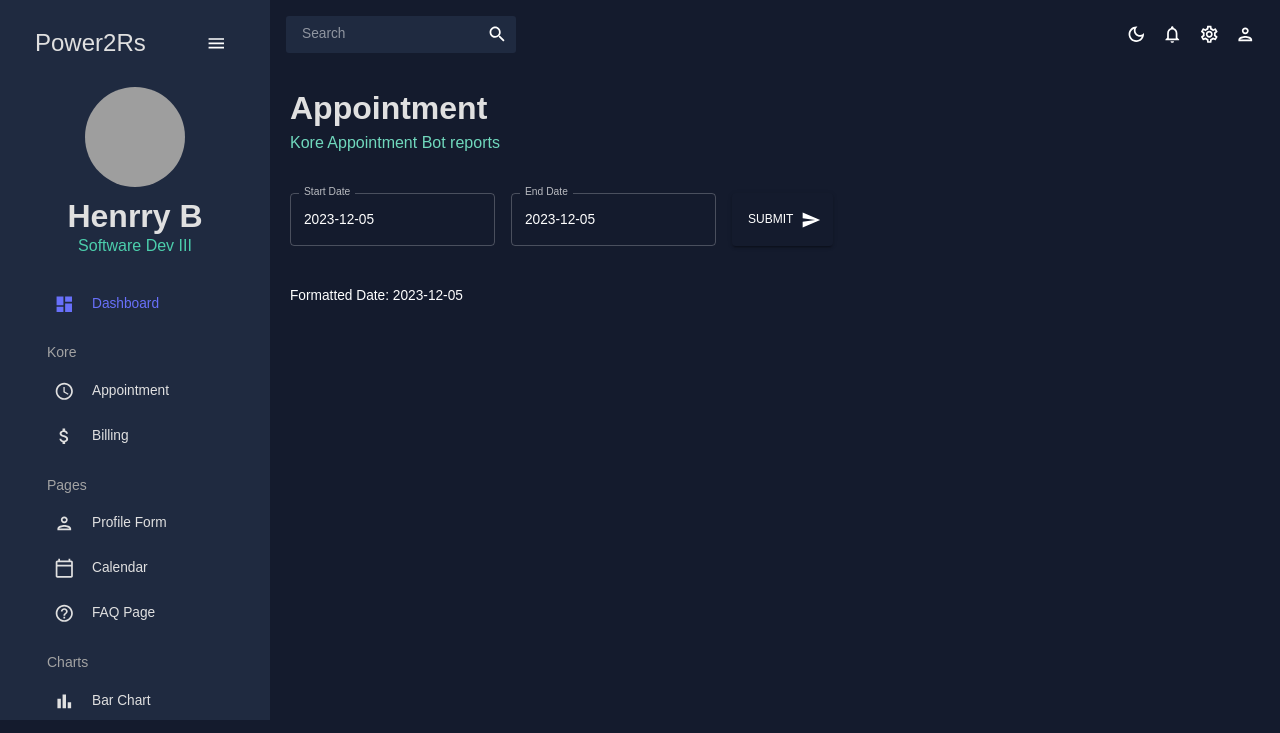
Repository: HenrryWith2Rs/reporthub
Page: /kore/appt (app in ui/)
The author's editor kept a copy of each file at every save. The page is drawn from the files as they stood at one save, then again after the next save.
The browser window is 1280 px wide. The pictures show the whole page.
Pictures or frames that could not be fetched are drawn as grey boxes. The project was rebuilt for these pictures with package versions that can differ from the ones it lists, and the page was loaded fresh each time. Also part of the build but not shown: ui/vite.config.ts, ui/src/data/mockData.ts, ui/src/components/LineChart.tsx, ui/src/data/mockGeoFeatures.ts, ui/src/components/GeographyChart.tsx, ui/src/data/dataParser.ts, ui/src/components/BarChart.tsx, ui/src/components/ProgressCircle.tsx and 7 more.

Above is the page before, as saved 2023-12-06 16:25:20.

After the next save:
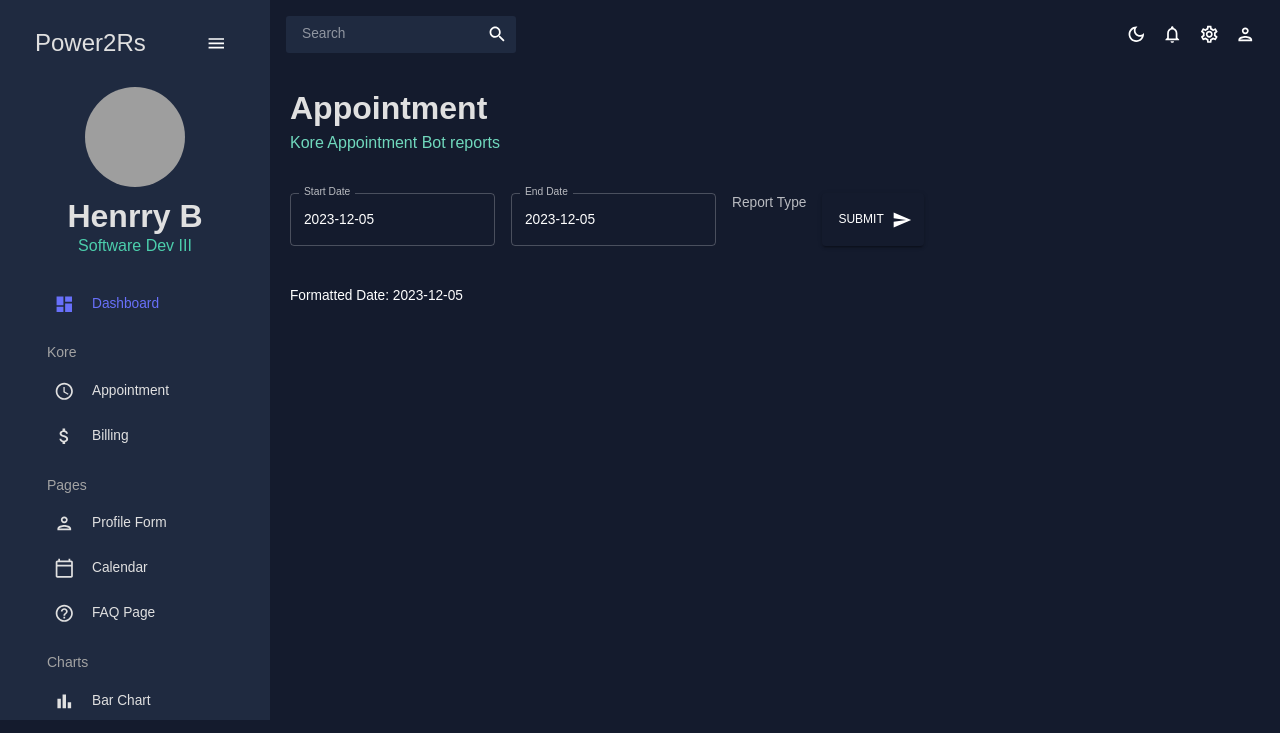
Saved 83 s later.
--- a/ui/src/scenes/appointment/index.tsx
+++ b/ui/src/scenes/appointment/index.tsx
@@ -41,6 +41,15 @@ const Appointment = () => {
             value={dateEnd}
             onChange={(newValue) => setDateEnd(newValue)}
           />
+          <FormControl>
+            <FormLabel>Report Type</FormLabel>
+            <RadioGroup
+              row
+              name="row-radio-buttons-group"
+              value={reportType}
+              onChange={handleRadioChange}
+            ></RadioGroup>
+          </FormControl>
           <Button variant="contained" endIcon={<SendIcon />}>
             Submit
           </Button>
